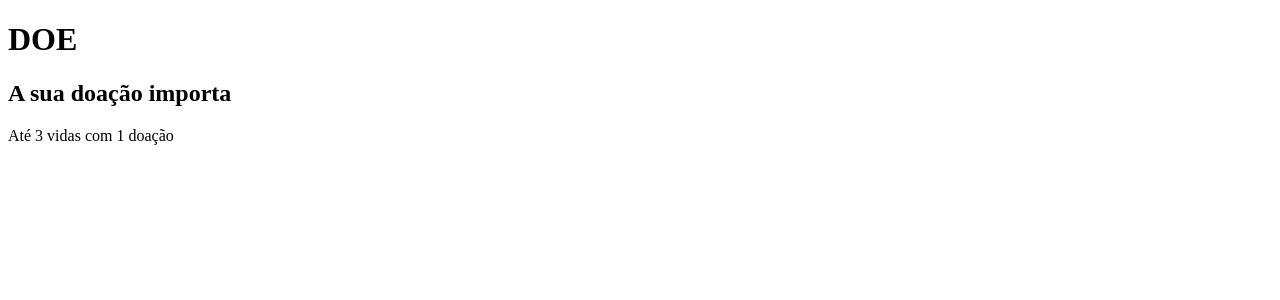
Repository: lucas-silva-dev/Doe
Page: index.html
An editor plug-in stored every save of this project. The page is shown before and after the next save, followed by the edit.
The browser window is 1280 px wide. The pictures show the whole page.

Above is the page before, as saved 2020-02-18 10:49:25.

After the next save:
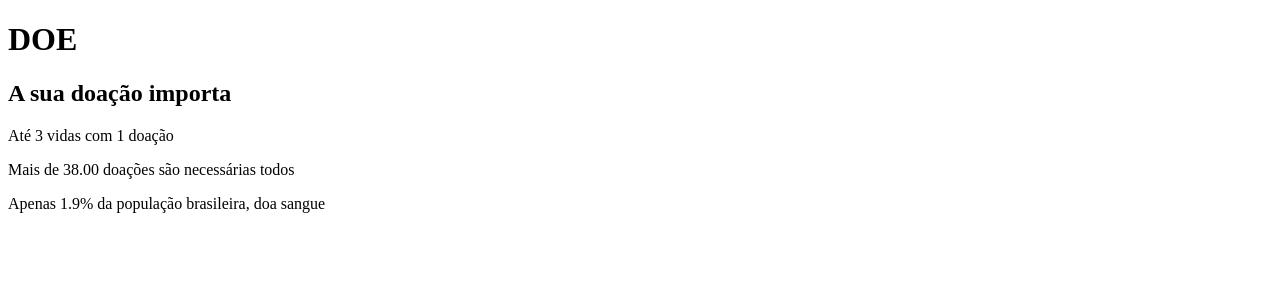
Saved 55 s later.
--- a/index.html
+++ b/index.html
@@ -20,5 +20,7 @@
     <h1>DOE</h1>
     <h2>A sua doação importa</h2>
     <p>Até 3 vidas com 1 doação</p>
+    <p>Mais de 38.00 doações são necessárias todos</p>
+    <p>Apenas 1.9% da população brasileira, doa sangue</p>
   </body>
 </html>
